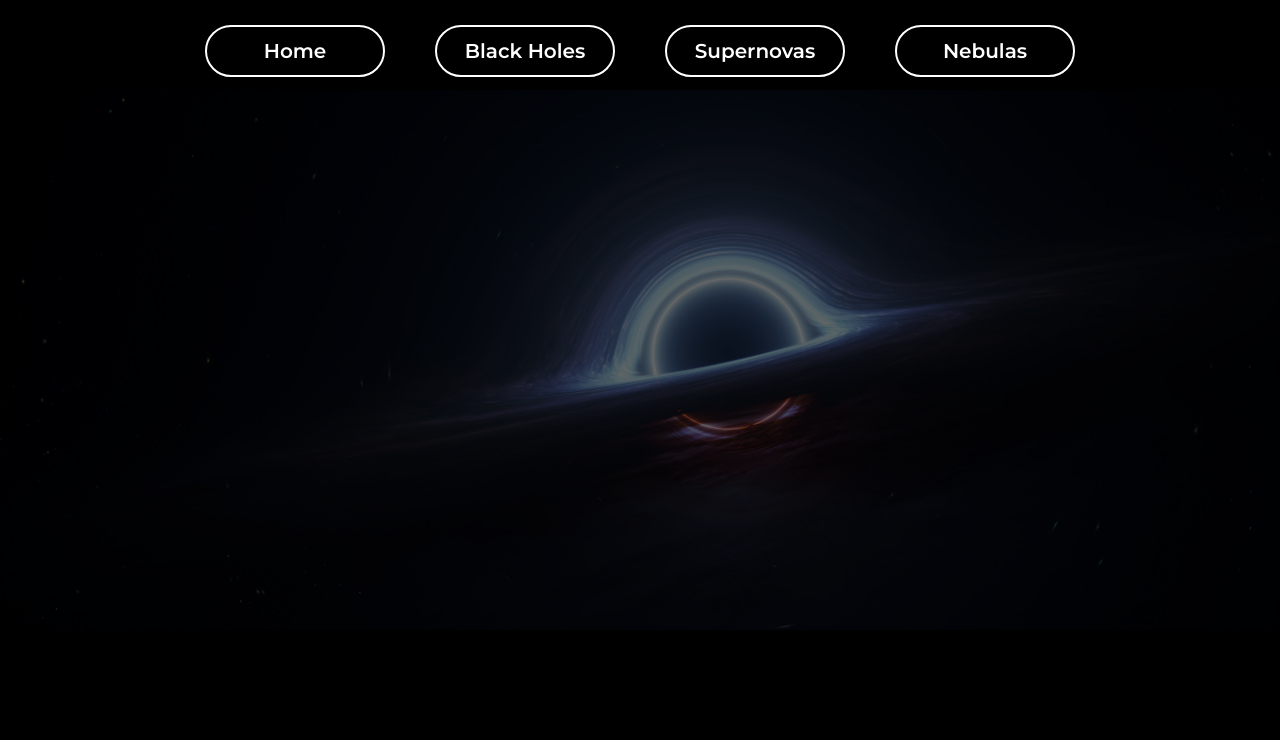
Repository: english-only/Space-Website
Page: black_hole.html
An editor plug-in stored every save of this project. The page is shown before and after the next save, followed by the edit.
The browser window is 1280 px wide. The pictures show the whole page.
Backgrounds fixed to the window are drawn as part of the page.

Above is the page before, as saved 2024-12-16 00:01:47.

### black_hole.html
<!DOCTYPE html>
<html lang="en">
  <head>
    <meta charset="utf-8" />
    <meta http-equiv="X-UA-Compatible" content="IE=edge" />
    <title>Welcome to Space</title>
    <meta name="viewport" content="width=device-width, initial-scale=1" />
    <link rel="stylesheet" type="text/css" media="screen" href="main.css" />
  </head>
  <body>
    <div class="background-2 fade-in"></div>
    <div class="wrapper fade-in">
      <nav class="navbar fade-in">
        <a href="index.html"
          ><button class="nav-button fade-in">Home</button></a
        >
        <a href="black_hole.html"
          ><button class="nav-button fade-in">Black Holes</button></a
        >
        <a href="supernovas.html"
          ><button class="nav-button fade-in">Supernovas</button></a
        >
        <a href="nebulas.html"
          ><button class="nav-button fade-in">Nebulas</button></a
        >
      </nav>
  </body>
</html>

### main.css
@import url('https://fonts.googleapis.com/css2?family=Montserrat:ital,wght@0,100..900;1,100..900&display=swap');
@keyframes fadeIn {
  from {
    opacity: 0;
  }
  to {
    opacity: 1;
  }
}

/* Fade-in class to be used on elements */
.fade-in {
  opacity: 0; /* Start invisible */
  animation: fadeIn 1s ease-in forwards; /* Apply fade-in animation */
}
body,
html {
  /* Ensure the body and html take full height */
  height: 100%;
  margin: 0;
  font-family: 'Montserrat';
  font-weight: 400;
  color: white;
}

body {
  /* Set a fallback background color */
  background-color: black;
}

.background {
  background-attachment: fixed;
  background-image: url('essay-gettyimages-1237093074.webp');
  background-size: cover;
  background-position: center;
  background-repeat: no-repeat;
  position: fixed; /* Keep background fixed while scrolling */
  height: 100vh;
  width: 100%;
  filter: brightness(25%);
  top: 0;
  left: 0;
  z-index: -10;
}

.wrapper {
  display: flex;
  flex-direction: column;
  justify-content: flex-start; /* Align items to the top */
  align-items: center; /* Center items horizontally */
  height: 100vh;
  position: relative;
  padding-top: 20px;
  opacity: 0; /* Start invisible */
  animation: fadeIn 0.5s ease-in forwards; /* Apply fade-in animation */
}

.navbar {
  display: flex;
  gap: 50px;
  margin-top: 5px; /* Adjust as needed for spacing from the top */
}

.nav-button {
  padding: 12px 20px;
  border: 2px solid white;
  background-color: rgba(0, 0, 0, 0.5);
  color: white;
  font-size: 16px;
  cursor: pointer;
  transition: background-color 0.3s, color 0.3s;
  font-family: 'Red Hat Display';
  font-weight: 600;
  font-size: 20px;
  width: 180px;
  border-radius: 800px;
  font-family: Montserrat;
}

.nav-button:hover {
  background-color: white;
  color: black;
}

.hero-text {
  color: white;
  font-size: 50px;
  font-weight: 700;
  text-align: center;
  padding: 0; /* Remove padding to minimize hover area */
  display: inline-block; /* Restrict hover area to text content */
  transition: text-shadow 0.3s ease-in-out, transform 0.3s ease-in-out; /* Smooth transition */
}

.hero-text:hover {
  text-shadow: 2px 2px 5px rgba(255, 255, 255, 0.7); /* White shadow */
  transform: translateY(-5px); /* Raised effect */
}

@keyframes fadeInOut {
  0% {
    opacity: 0.5;
  }
  50% {
    opacity: 1;
  }
  100% {
    opacity: 0.5;
  }
}

.card-wrapper {
  display: flex;
  flex-direction: column; /* Stack cards vertically */
  align-items: center; /* Center cards horizontally */
  margin-top: 50px; /* Adjusts space from the top */
}

.row {
  display: flex;
  gap: 650px; /* Space between the cards */
  justify-content: center; /* Center the row */
  align-items: flex-start; /* Align cards to the top */
}

.black_hole {
  margin-left: -100px; /* Move the Black Holes card to the left */
  width: 500px;
}

.black_hole a {
  margin-left: 110px;
}

.cards {
  font-size: 25px;
  color: white;
  margin-left: 20px; /* Adds space to the left */
  box-sizing: border-box;
  position: relative;
  top: -450px; /* Moves the element upwards */
  margin-left: -20px;
  text-align: center;
}

.cards a {
  color: white;
  text-decoration: none;
  border: white 2px solid;
  display: inline-block;
  text-align: center;
  box-sizing: border-box;
  padding: 6px 20px;
  line-height: normal;
  transition: text-shadow 0.3s ease-in-out, transform 0.3s ease-in-out,
    background-color 0.3s ease-in-out, color 0.3s ease-in-out;
  border-radius: 600px;
}

.cards a:hover {
  text-shadow: 2px 2px 5px rgba(255, 255, 255, 0.7);
  transform: translateY(-5px);
  background-color: rgb(223, 223, 223);
  color: black;
}

.cards a h3 {
  margin: 0;
  padding: 0;
}

.cards p {
  margin-top: 15px;
  width: 600px; /* Adjust width to fit within card */
}

.cards p:hover {
  text-shadow: 2px 2px 5px rgba(255, 255, 255, 0.6);
  transform: translateY(-5px);
  transition: text-shadow 0.3s ease-in-out, transform 0.3s ease-in-out;
}

.nebula-card {
  margin-top: 100px;
}

.nebula-card a {
  justify-content: center;
  align-items: center;
  margin-left: 40px;
}

.nebula-card p {
  text-align: left;
  text-wrap: pretty;
  text-align: left; /* Align text to the left */
  width: 100%; /* Ensure the card takes the full width */
  margin-left: 100px;
  margin-right: 200px;
  max-width: 1750px;
  text-align: center; /* Align text to the center */
}

.videos {
  margin-top: -190px; /* Adjust the space below the Nebula card */
  text-align: center;
  width: 100%; /* Ensure it takes the full width */
  text-decoration: underline;
}

.videos h2 {
  position: relative; /* Ensure the text is positioned in normal flow */
  z-index: 1; /* Make sure it's above other content */
  pointer-events: auto; /* Allow text selection */
  overflow: visible; /* Ensure text is not clipped */
}

.video-links {
  display: grid;
  grid-template-columns: repeat(3, 400px); /* 3 columns, each 400px wide */
  grid-template-rows: repeat(2, 400px); /* 3 rows, each 400px tall */
  gap: 100px; /* Space between grid items */
  justify-content: center; /* Center the grid horizontally within the container */
  align-items: center; /* Center the grid items vertically */
  margin-top: -120px; /* Space above the grid (adjust this to decrease the gap) */
  margin-left: 160px;
}

.button-container {
  display: contents; /* Ensure buttons are placed directly in the grid */
}

.button-container a {
  display: block; /* Ensure buttons occupy full width of their grid cell */
  width: 200px; /* Full width of the grid cell */
  text-align: center;
  color: white;
  font-size: 20px;
  text-decoration: none; /* Remove underline */
  border: 2px solid white;
  padding: 8px 12px;
  border-radius: 600px;
  height: 30px;
  transition: background-color 0.3s, color 0.3s;
  margin-bottom: 10px; /* Decrease the space between the buttons and the text below */
}

.button-container a:hover {
  background-color: white;
  color: black;
  text-decoration: underline;
  font-weight: 500;
}

.images {
  display: contents; /* Ensure images are placed directly in the grid */
}

.black-hole-image,
.supernova-image,
.nebula-image {
  width: 100%; /* Full width of the grid cell */
  border: 2px solid white;
  border-radius: 20px;
  margin-top: -630px; /* Decrease the space between the images and the buttons above */
  margin-left: -10px;
}

.black-hole-image {
  width: 100%; /* Full width of the grid cell */
  border: 2px solid white;
  border-radius: 20px;
  margin-top: -630px; /* Decrease the space between the images and the buttons above */
  margin-left: -95px;
}

.supernova-image {
  width: 100%; /* Full width of the grid cell */
  border: 2px solid white;
  border-radius: 20px;
  margin-top: -630px; /* Decrease the space between the images and the buttons above */
  margin-left: -95px;
}

.nebula-image {
  height: 270px;
  width: auto;
  border: 2px solid white;
  border-radius: 20px;
  margin-top: -630px; /* Decrease the space between the images and the buttons above */
  margin-left: -125px;
}

/* page 2 from below */
.background-2 {
  background-attachment: fixed;
  background-image: url('thumb-1920-1346075.png');
  background-size: contain;
  background-position: center;
  background-repeat: no-repeat;
  position: fixed; /* Keep background fixed while scrolling */
  height: 100vh;
  width: 100%;
  filter: brightness(40%);
  top: 0;
  left: 0;
  z-index: -10;
}

@keyframes fadeIn {
  from {
    opacity: 0;
  }
  to {
    opacity: 1;
  }
}

After the next save:
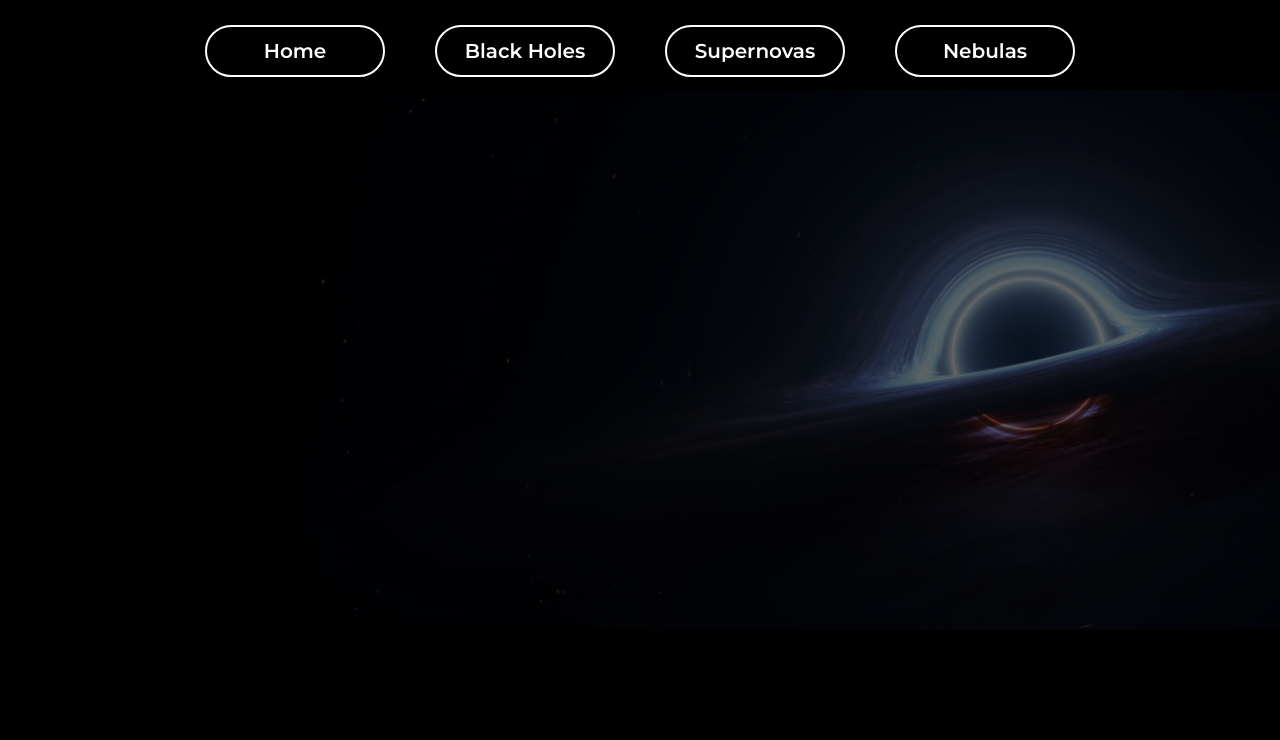
Saved 6 s later.
--- a/main.css
+++ b/main.css
@@ -296,7 +296,7 @@ body {
   background-attachment: fixed;
   background-image: url('thumb-1920-1346075.png');
   background-size: contain;
-  background-position: center;
+  background-position:300px;
   background-repeat: no-repeat;
   position: fixed; /* Keep background fixed while scrolling */
   height: 100vh;
